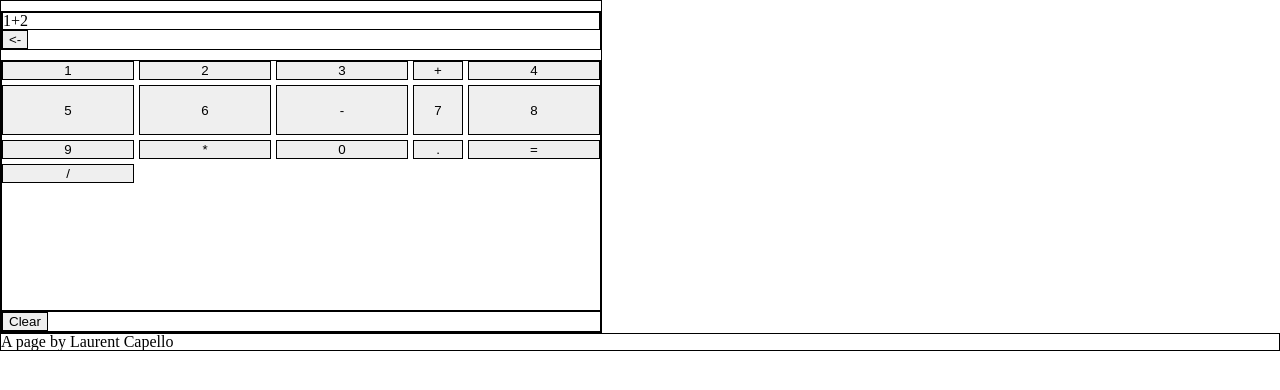
Repository: sokafootball/js-calculator
Page: index.html
The author's editor kept a copy of each file at every save. The page is drawn from the files as they stood at one save, then again after the next save.
The browser window is 1280 px wide. The pictures show the whole page.

Above is the page before, as saved 2020-04-25 11:33:20.

After the next save:
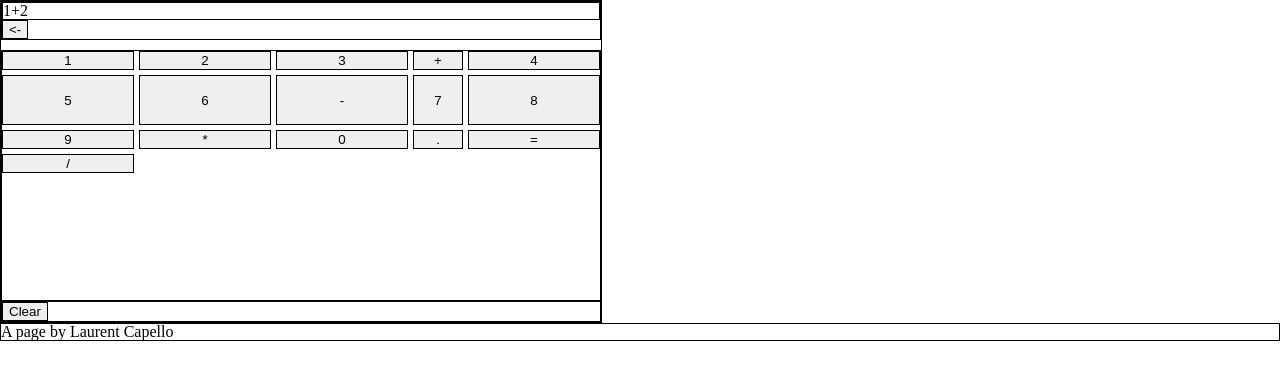
Saved 14 s later.
--- a/style.css
+++ b/style.css
@@ -3,7 +3,7 @@
 }
 
 #calc-top{
-  margin: 10px 0px;
+  margin-bottom: 10px;
 }
 
 #display{
